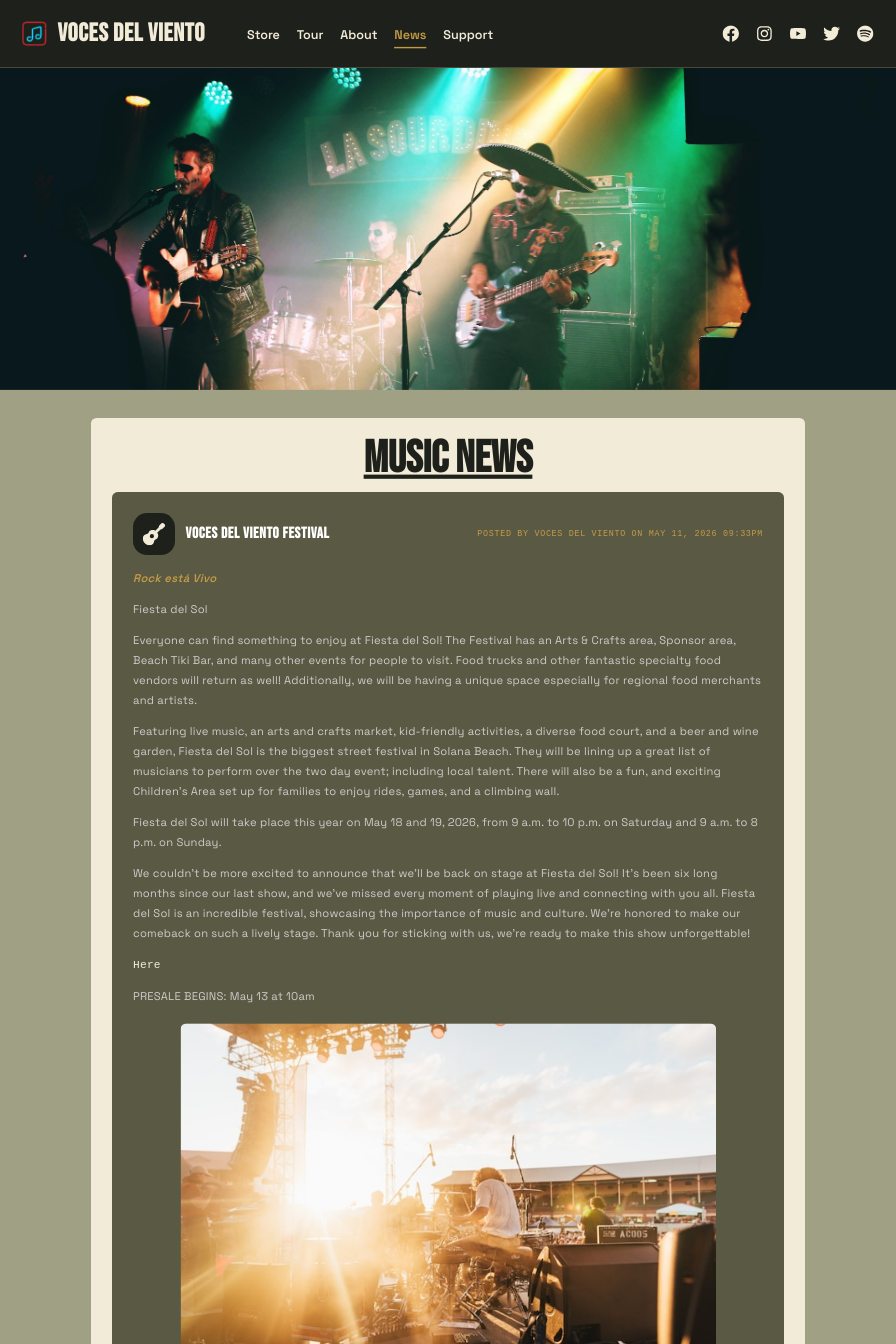
Repository: lime929/voices-del-viento
Page: /news
The author's editor kept a copy of each file at every save. The page is drawn from the files as they stood at one save, then again after the next save.
The browser window is 1280 px wide. The pictures show the part of the page from y = 0 to 1920 px (the page is 5433 px tall before and 5744 px after), at 70% of full size.
The project was rebuilt for these pictures with package versions that can differ from the ones it lists, and the page was loaded fresh each time. The framework's server and built-in components were replaced by stand-ins that run in the browser. Also part of the build but not shown: next.config.mjs.

Above is the page before, as saved 2026-09-14 17:02:32.

After the next save:
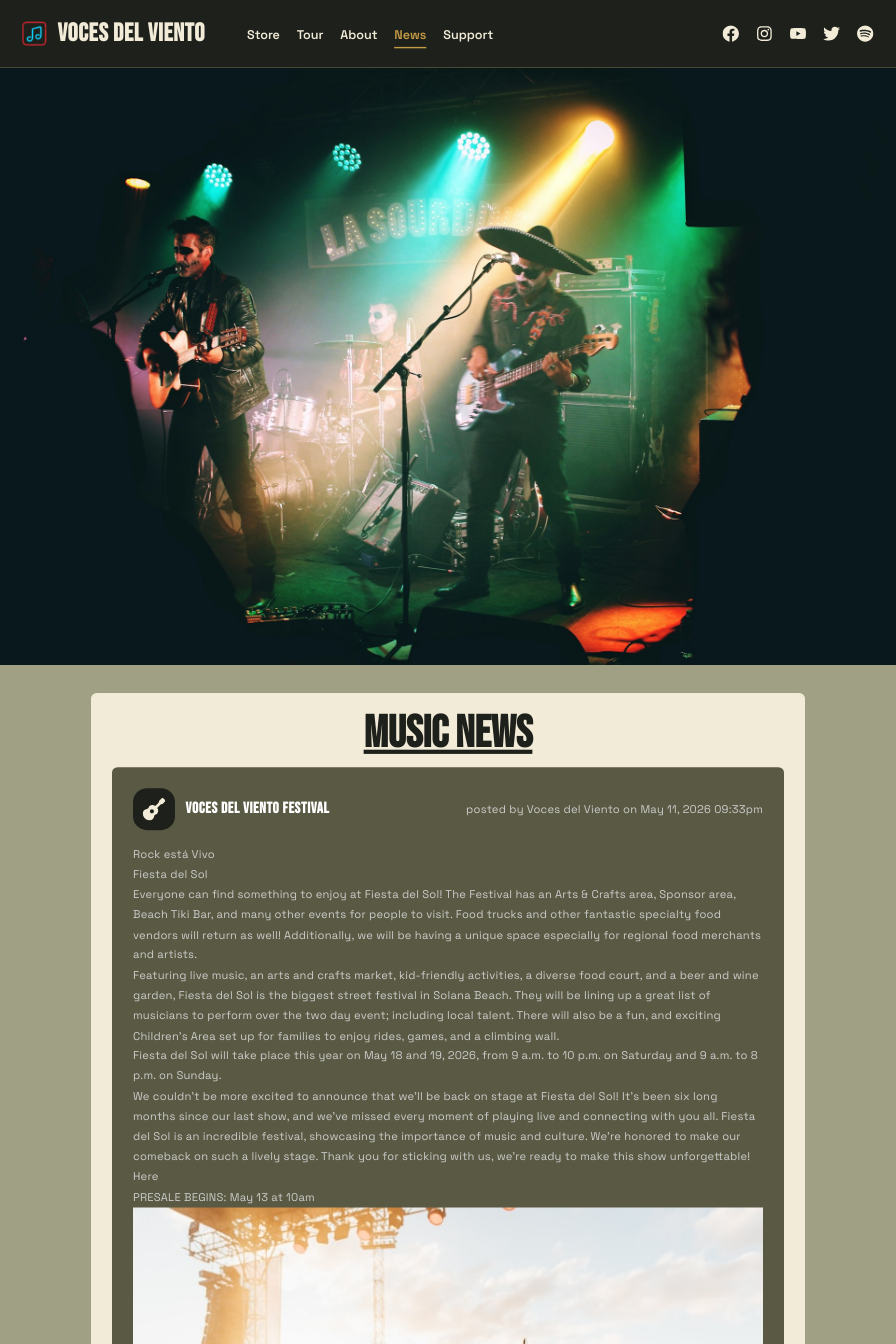
Saved 24 h 13 min later.
--- a/app/news/page.module.css
+++ b/app/news/page.module.css
@@ -68,59 +68,21 @@
   text-transform: uppercase;
 }
 
-.postMeta {
-  font-size: 12px;
-  /* color: #bda3a3; */
-  color: var(--color-band-gold);
-  margin-top: 5px;
-  margin-left: auto;
-  font-family: var(--font-mono);
-  text-transform: uppercase;
-  letter-spacing: 0.08em;
+.cardTitle {
+  margin: 0;
+  font-size: 1.2rem;
+  line-height: 1.35;
+  color: #111827;
 }
 
-.postDescription {
-  font-style: italic;
-  color: var(--color-band-gold);
-  margin: 20px 0;
-  font-family: var(--font-body);
-  font-weight: 600;
-  letter-spacing: 0.03em;
+.cardSummary {
+  margin: 0;
+  color: #4b5563;
+  line-height: 1.6;
 }
 
-.newsPost p {
-  margin: 15px 0;
+.meta {
+  margin-top: auto;
+  font-size: 0.82rem;
+  color: #6b7280;
 }
-
-.newsPost a {
-  color: var(--color-band-cream);
-  text-decoration: none;
-  font-family: var(--font-mono);
-}
-
-.newsPostLink {
-  color: var(--color-band-cream);
-  font-family: var(--font-mono);
-  text-decoration: none;
-}
-
-.newsPost a:hover,
-.newsPostLink:hover {
-  text-decoration: underline;
-}
-
-.postImage {
-  display: block;
-  margin: 25px auto 0;
-  width: 85%;
-  border-radius: 8px;
-}
-
-.bannerImage {
-  display: block;
-  width: 100%;
-  height: 460px;
-  object-fit: cover;
-  object-position: center 30%;
-  margin: 0 auto 30px;
-}
